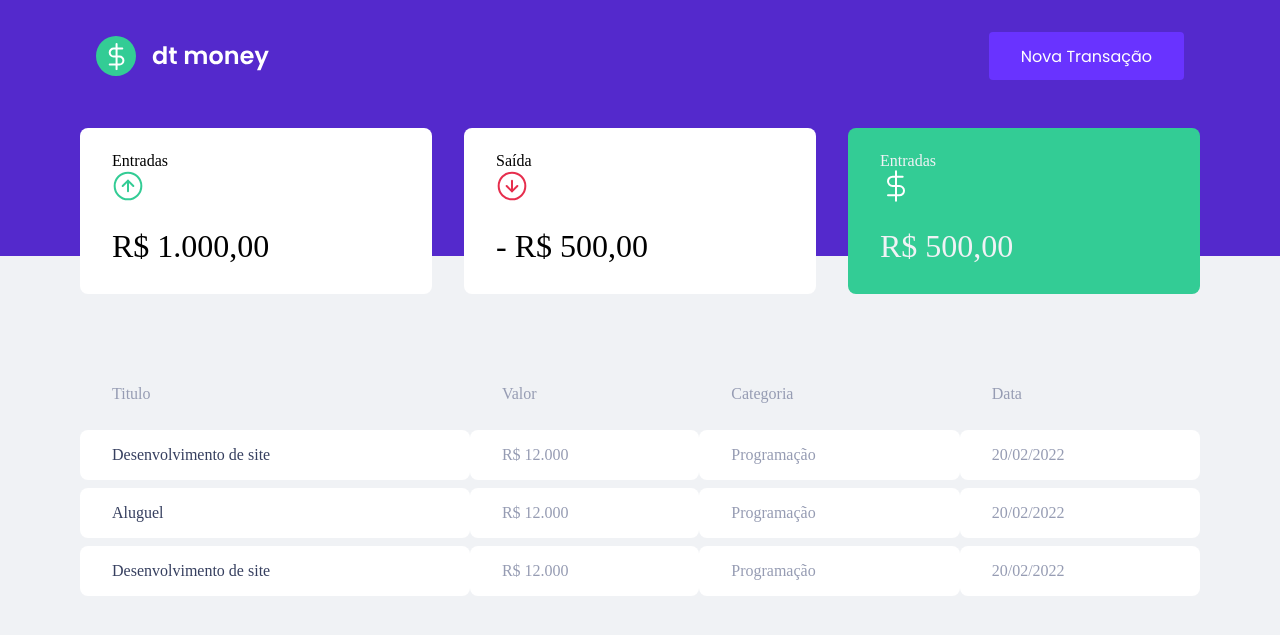
Repository: viniciusfg05/vlmoney
Page: /
The author's editor kept a copy of each file at every save. The page is drawn from the files as they stood at one save, then again after the next save.
The browser window is 1280 px wide. The pictures show the whole page.
The project was rebuilt for these pictures with package versions that can differ from the ones it lists, and the page was loaded fresh each time.

Above is the page before, as saved 2022-02-21 15:23:41.

### public/index.html
<!DOCTYPE html>
<html lang="en">
  <head>
    <link rel="preconnect" href="https://fonts.googleapis.com" />

    <meta charset="utf-8" />
    <meta name="viewport" content="width=device-width, initial-scale=1" />

    <link rel="shortcut icon" href="favicon.png" type="image/png" />

    <link rel="preconnect" href="https://fonts.gstatic.com" crossorigin />
    <link
      href="https://fonts.googleapis.com/css2?family=Poppins:wght@400;500;600&display=swap"
      rel="stylesheet"
    />
    <title>VlMoney</title>
  </head>
  <body>
    <noscript>You need to enable JavaScript to run this app.</noscript>
    <div id="root"></div>
  </body>
</html>

### src/App.tsx
import { Dashboard } from './components/Dashboards';
import { Header } from './components/Header';
import { GlobalStyles } from './styles/global';

export function App() {
  return (
    <>
      <Header />
      <Dashboard />
      <GlobalStyles />
    </>
  );
}

//export default App: pq nao usar que quem defini o nome da exportação é o importação e não a exportação

### src/components/Dashboards/index.tsx
import { Summary } from "../summary";
import { TransitionsTable } from "../transaction";
import { Container } from "./styles";

 export function Dashboard() {
   return (
    <Container>
    <Summary />
    <TransitionsTable />
    </Container>
   )
 }

### src/components/Header/index.tsx
import logoImg from '../../assets/logo.svg'
import { Container, Content } from './styles'

export function Header() {
  return (
    <Container>
      <Content>
        <img src={logoImg} alt="vlmoney" />
        <button>
          Nova Transação
        </button>
      </Content>
    </Container>
  )
}

### src/styles/global.ts
import { createGlobalStyle } from 'styled-components'

export const GlobalStyles = createGlobalStyle`
  :root {
    --background: #f0f2f5;
    --roxo: #5429CC;
    --roxo-light: #6933FF;
    --green: #33CC95;
    --red: #E62E4D;
    --shape: #FFFFFF;
    --title-body: #363F5F;
    --text-body: #969CB3;
  }

  *{
    margin: 0;
    padding: 0;
    box-sizing: border-box;
  }

  html {
    @media (max-width: 1080px) {
      font-size: 93.75%; // 15px
    }

    @media (max-width: 720px) {
      font-size: 87.5%; // 15px
    }
  }

  body {
    background: var(--background) ;
    -webkit-font-smothing: antialiased; //para font ficar mais nitida
  }

  border-style, input, textarea, button {
    font-family: "Poppins", sans-serif;
    font-weight: 400;
  }

  h1, h2, h3, h4, h5, h6, strong {
    font-weight: 600;
  }

  button {
    cursor: pointer;
  }

  [disabled] {
    opacity: 0.6;
    cursor: not-allowed; //nao permitido
  }
`

### src/components/summary/index.tsx
import incomeImg from '../../assets/income.svg';
import outcomeImg from '../../assets/outcome.svg';
import totalImg from '../../assets/total.svg';


import { Container } from "./styles";

 export function Summary() {
  return (

    <Container >
      <div>
        <header>
          <p>Entradas</p>
          <img src={incomeImg} alt="Entradas" />
        </header>
        <strong>R$ 1.000,00</strong>
      </div>

      <div>
        <header>
          <p>Saída</p>
          <img src={outcomeImg} alt="Saidas" />
        </header>
        <strong>- R$ 500,00</strong>
      </div>

      <div className="light-background">
        <header>
          <p>Entradas</p>
          <img src={totalImg} alt="total" />
        </header>
        <strong>R$ 500,00</strong>
      </div>
    </Container >
  )
 }

### src/components/transaction/index.tsx
import { Container } from "./styles";

export function TransitionsTable() {
  return (
    <Container>
      <table>
        <thead >
          <tr>
            <th>Titulo</th>
            <th>Valor</th>
            <th>Categoria</th>
            <th>Data</th>
          </tr>
        </thead>
        <tbody>
          <tr>
            <td>Desenvolvimento de site</td>
            <td>R$ 12.000</td>
            <td>Programação</td>
            <td>20/02/2022</td>
          </tr>
          <tr>
            <td>Aluguel</td>
            <td>R$ 12.000</td>
            <td>Programação</td>
            <td>20/02/2022</td>
          </tr>
          <tr>
            <td>Desenvolvimento de site</td>
            <td>R$ 12.000</td>
            <td>Programação</td>
            <td>20/02/2022</td>
          </tr>
        </tbody>
      </table>
    </Container>
  )
}

### src/components/Dashboards/styles.ts
import styled from "styled-components";

 export const Container = styled.main`
  max-width: 1120px;
  margin: 0 auto;
  padding: 2.5 1rem;
 `;

### src/components/Header/styles.ts
import styled from 'styled-components'

export const Container = styled.header`
  background-color: var(--roxo);
`;

export const Content = styled.div`
  max-width: 1120px;
  margin: 0 auto;

  padding: 2rem 1rem 11rem;

  display: flex;
  align-items: center;
  justify-content: space-between;

  button{
    font-size:  1rem;
    color: #fff;
    background: var(--roxo-light);
    border: 0;
    padding: 0 2rem;
    border-radius: 0.25rem;
    height: 3rem;
    transition: 0.3s;

    &:hover {
      filter:brightness(0.9)
    }
  }
`;

### src/components/summary/styles.ts
import styled from "styled-components";

 export const Container = styled.div`
  display: grid;
  grid-template-columns: repeat(3, 1fr);
  gap: 2rem;
  margin-top: -8rem;

  div{
    background: var(--shape);
    padding: 1.5rem 2rem;
    border-radius: 0.5rem;
    color: var(--text-body)

    header{
      display: flex;
      align-items: center;
      justify-content: space-between;
    }

    strong {
      display: block;
      margin-top: 1rem;
      font-size: 2rem;
      font-weight: 500;
      line-height: 3rem; //ocupar um pouco mais de espaço dentro
    }

    &.light-background {
      background: var(--green);
      color: var(--background);
    }
  }
 `;

### src/components/transaction/styles.ts
import styled from "styled-components";

export const Container = styled.div`
  margin-top: 4rem;

  table{
    width: 100%;
    border-spacing: 0 0.5rem;//para da espaçamento nas bordas da tabela

    th {
      color: var(--text-body);
      font-weight: 400;
      padding: 1rem 2rem;
      text-align: left;
      line-height: 1.5rem;
    }

    td{
      padding: 1rem 2rem;
      background: var(--shape);
      color: var(--text-body);
      border-radius: 0.5rem;

      &:first-child{
        color: var(--title-body);
      }
    }


  }
`

Loaded but not shown: src/index.tsx (common file)

After the next save:
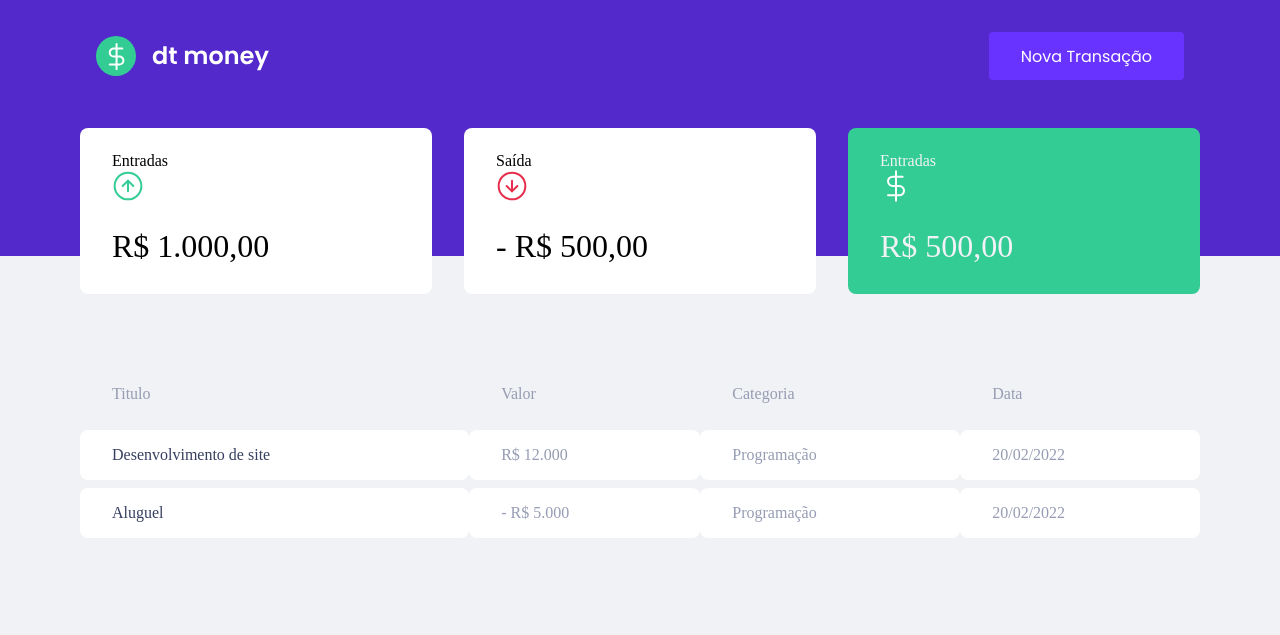
Saved 44 s later.
--- a/src/components/transaction/index.tsx
+++ b/src/components/transaction/index.tsx
@@ -21,13 +21,7 @@ export function TransitionsTable() {
           </tr>
           <tr>
             <td>Aluguel</td>
-            <td>R$ 12.000</td>
-            <td>Programação</td>
-            <td>20/02/2022</td>
-          </tr>
-          <tr>
-            <td>Desenvolvimento de site</td>
-            <td>R$ 12.000</td>
+            <td>- R$ 5.000</td>
             <td>Programação</td>
             <td>20/02/2022</td>
           </tr>
